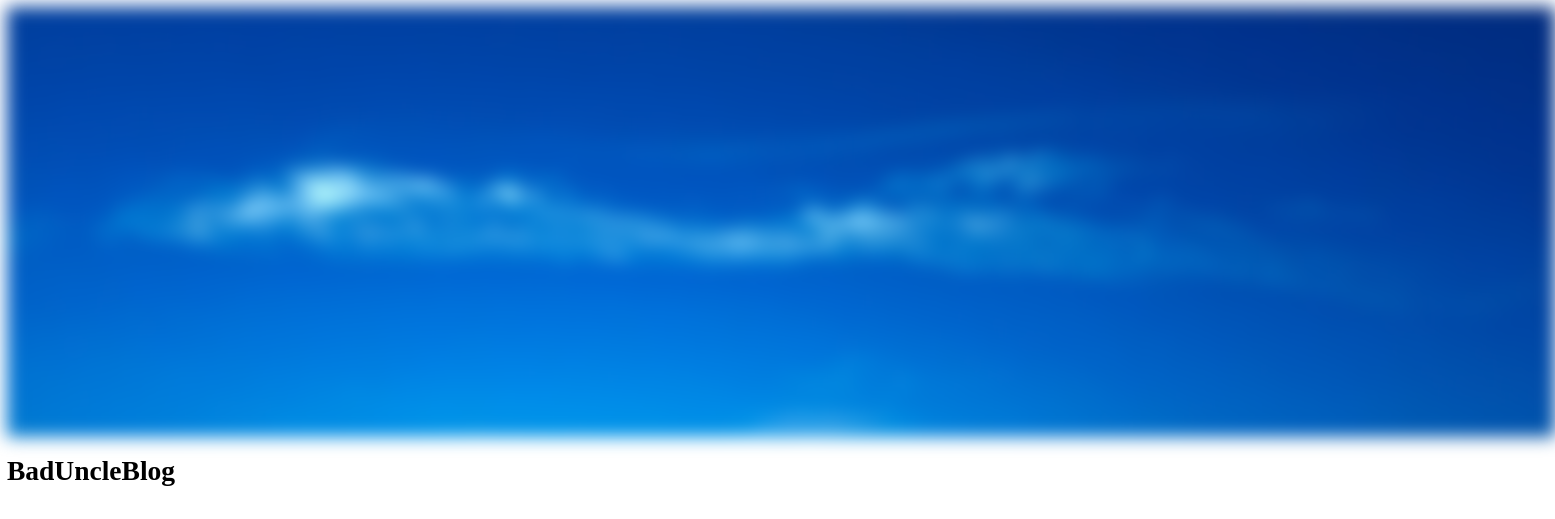
Repository: lidasi/monkeyLife
Page: http://localhost/monkeyLife/jsp/topbar.jsp
The author's editor kept a copy of each file at every save. The page is drawn from the files as they stood at one save, then again after the next save.
The browser window is 1280 px wide. The page is 1808 px wide, so the pictures cover 1808 px, including what lies to the right of the window. The pictures show the whole page, at 86% of full size.
The page is served by Tomcat 9.

Above is the page before, as saved 2017-07-13 07:02:48.

After the next save:
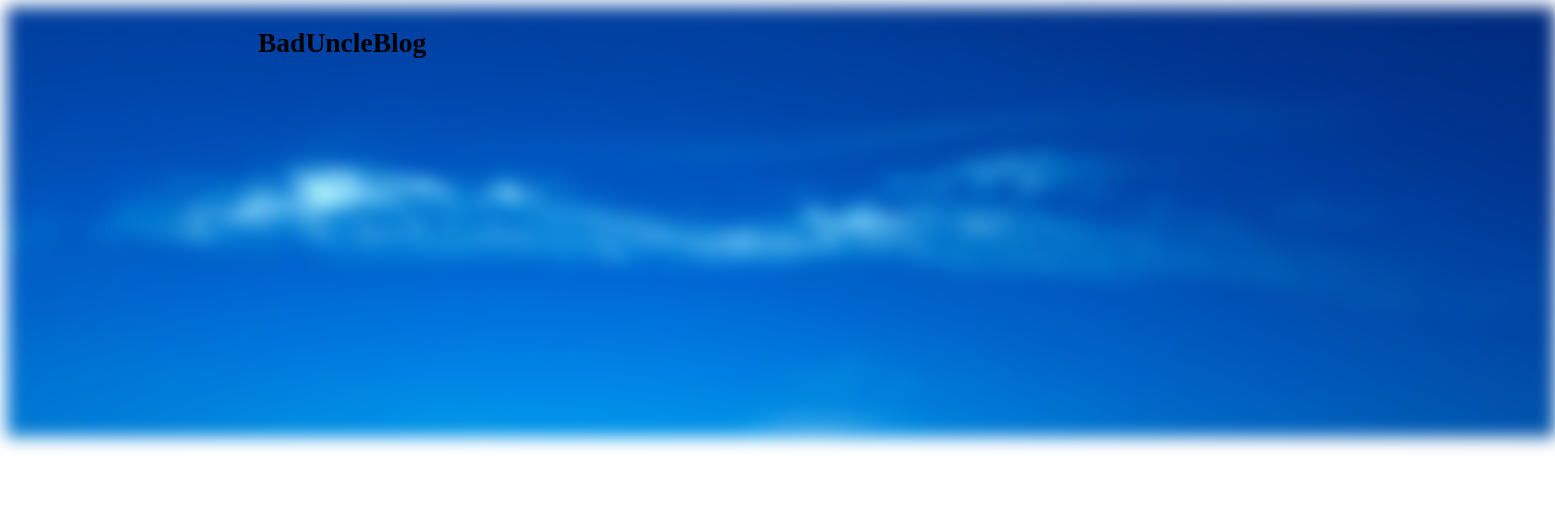
Saved 78 s later.
--- a/workSpeaces/monkeyLife/WebContent/css/top.css
+++ b/workSpeaces/monkeyLife/WebContent/css/top.css
@@ -1,6 +1,7 @@
 @CHARSET "UTF-8";
 .div-relative{position:relative; color:#000; border:1px solid #000; width:100%; height:200px}
 #backgroundImage{
+	position:absolute;
 /*    border: 1px solid #CCCCCC;
     padding:90px 5px 10px;*/
     background: url("../image/dock/backgroundImage.jpg") no-repeat;
@@ -28,3 +29,6 @@
     100% {top:0px; background:url("../image/dock/backgroundImage.jpg");
     }
 }
+#title{
+	position:absolute; left:300px; top:10px;
+}
